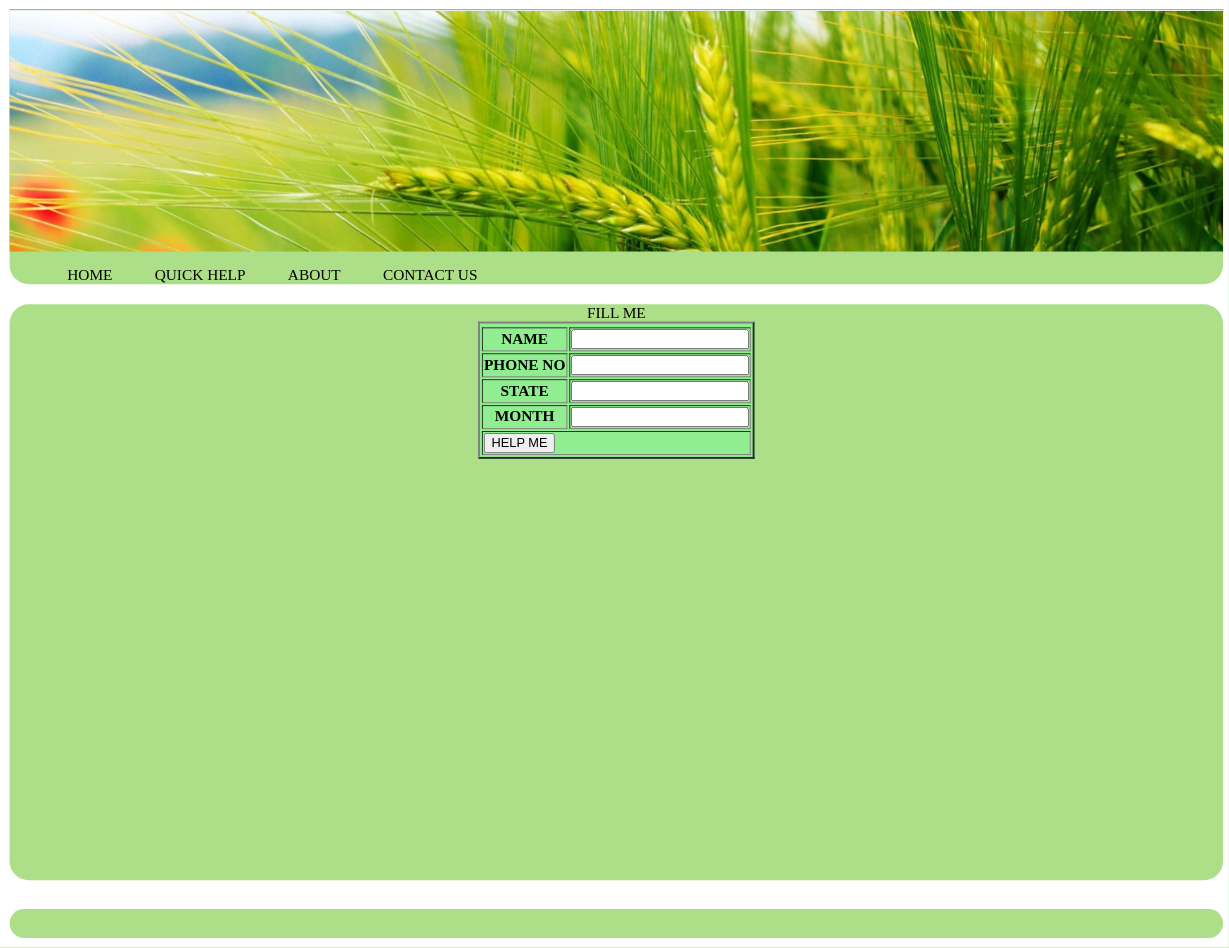
Repository: shivamtyagi1234/FarmoFriend
Page: http://localhost/FarmoFriend/QuickHelp.jsp
An editor plug-in stored every save of this project. The page is shown before and after the next save, followed by the edit.
The browser window is 1280 px wide. The pictures show the whole page, at 96% of full size.
The page is served by Tomcat 9. Other server files are loaded and not shown.

Above is the page before, as saved 2019-11-03 08:06:23.

### FarmoFriend/WebContent/QuickHelp.jsp
<%@ page language="java" contentType="text/html; charset=ISO-8859-1"
    pageEncoding="ISO-8859-1"%>
<!DOCTYPE html PUBLIC "-//W3C//DTD HTML 4.01 Transitional//EN" "http://www.w3.org/TR/html4/loose.dtd">
<html>
<head>
<meta http-equiv="Content-Type" content="text/html; charset=ISO-8859-1">
<title>home</title>

<style type="text/css">
#main
{
width: 100%;
height: 100%;
border: 2px solid white;
}
#homeHead
{
background-color: #ACDF87;
border-radius:0px 0px 20px 20px;
}
#blank1
{
width: 100%;
height: 5px;
}
#homeBody
{
background-color: #ACDF87;
border-top:2px solid;
width: 100%;
height: 600px;
border: 2px;
border-color:limegreen;
border-radius:20px 20px 20px 20px;
}
#homeImage
{
height: 100%;
width: 50%;
}
#homeContent
{
height: 100%;
width: 50%;
}
#homeBody img
{
height:450px;
width:300px;
padding-left: 38%;
padding-top: 3%;
}
#QuickHelp
{
border:2px;
border-color: #ACDF87;
padding-top:1%;
padding-left: 45%;
padding-bottom:1%;
background-color: #ACDF87;
border-radius:0px 0px 20px 20px;
}
#blank2
{
width: 100%;
height:30px;
}
</style>
</head>
<body >
<div id="main">
<div id="homeHead">
<jsp:include page="header.jsp"></jsp:include>
</div>
<div id="blank1"></div>

<div id="homeBody">


<form action="QuickHelpProcess.jsp">

<table align="center" border="2" bgcolor="lightgreen">
<tr><caption>FILL ME</caption></tr>
<tr><th>NAME</th><td><input type="text" name="voterName" required></td></tr>
<tr><th>PHONE NO</th><td><input type="phone" name="phone" maxlength="10" required></td></tr>
<tr><th>STATE</th><td><input type="text" name="state" required></td></tr>
<tr><th>MONTH</th><td><input type="text" name="month" required></td></tr>
<tr><td colspan="2"><input type="submit" value="HELP ME" align="center"></td></tr>
</table>



</form>


</div>
<div id="blank2"></div>
<div id="homeFoot">
<jsp:include page="footer.jsp"></jsp:include>
</div>
</div>
</body>
</html>

### FarmoFriend/WebContent/header.jsp
<%@ page language="java" contentType="text/html; charset=ISO-8859-1"
    pageEncoding="ISO-8859-1"%>
<!DOCTYPE html PUBLIC "-//W3C//DTD HTML 4.01 Transitional//EN" "http://www.w3.org/TR/html4/loose.dtd">
<head>
<meta http-equiv="Content-Type" content="text/html; charset=ISO-8859-1">
<title>result</title>
<style>
#header
{
height: 25%;
width: 100%;
}
#header ul
{
list-style-type: none;
}
#header ul li
{
display: inline;
margin-bottom: 10px;
padding: 20px;
}
#header ul li a
{
text-decoration: none;
color: black;
}
</style>
</head>
<body>
<div id="header">
	<img src="images\head.png" width="100%">
	<ul>
	<li><a href="home.jsp">HOME</a></li>
	<li><a href="QuickHelp.jsp">QUICK HELP</a></li>
	<li><a href="About.jsp">ABOUT</a></li>
	<li><a href="Contact.jsp">CONTACT US</a></li>
</ul>
</div>
</body>
</html>

### FarmoFriend/WebContent/footer.jsp
<%@ page language="java" contentType="text/html; charset=ISO-8859-1"
    pageEncoding="ISO-8859-1"%>
<!DOCTYPE html PUBLIC "-//W3C//DTD HTML 4.01 Transitional//EN" "http://www.w3.org/TR/html4/loose.dtd">
<html>
<head>
<meta http-equiv="Content-Type" content="text/html; charset=ISO-8859-1">

<title>FOOTER</title>
<style type="text/css">
#footer
{
width: 100%;
height: 30px;
background-color: #ACDF87;
border-radius:20px 20px 20px 20px;
}
</style>
</head>
<body>
<div id="footer">

</div>
</body>
</html>

After the next save:
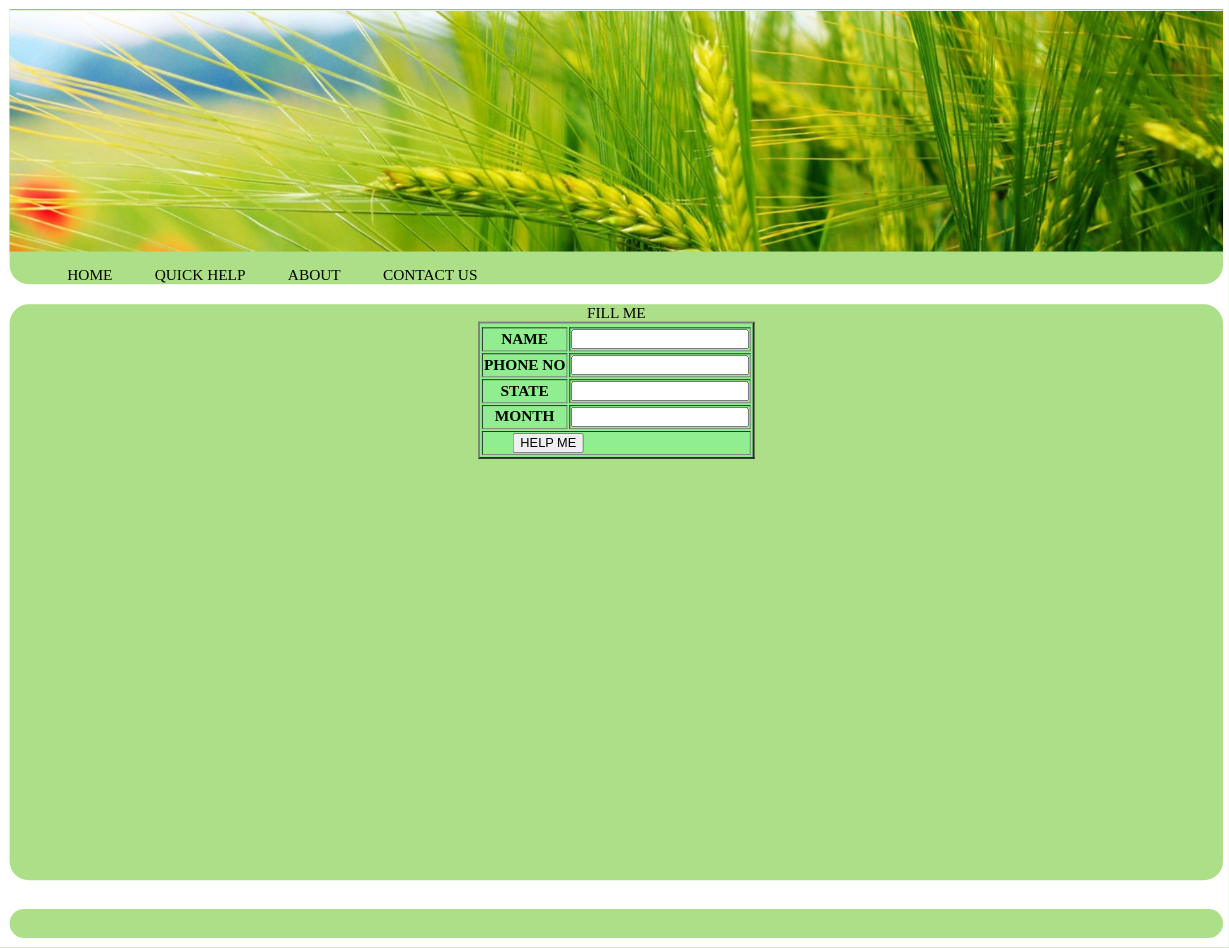
Saved 64 s later.
--- a/FarmoFriend/WebContent/QuickHelp.jsp
+++ b/FarmoFriend/WebContent/QuickHelp.jsp
@@ -85,7 +85,7 @@ height:30px;
 <tr><th>PHONE NO</th><td><input type="phone" name="phone" maxlength="10" required></td></tr>
 <tr><th>STATE</th><td><input type="text" name="state" required></td></tr>
 <tr><th>MONTH</th><td><input type="text" name="month" required></td></tr>
-<tr><td colspan="2"><input type="submit" value="HELP ME" align="center"></td></tr>
+<tr><td colspan="2"><input type="submit" value="HELP ME" align="center" style="margin-left: 30px;"></td></tr>
 </table>
 
 
